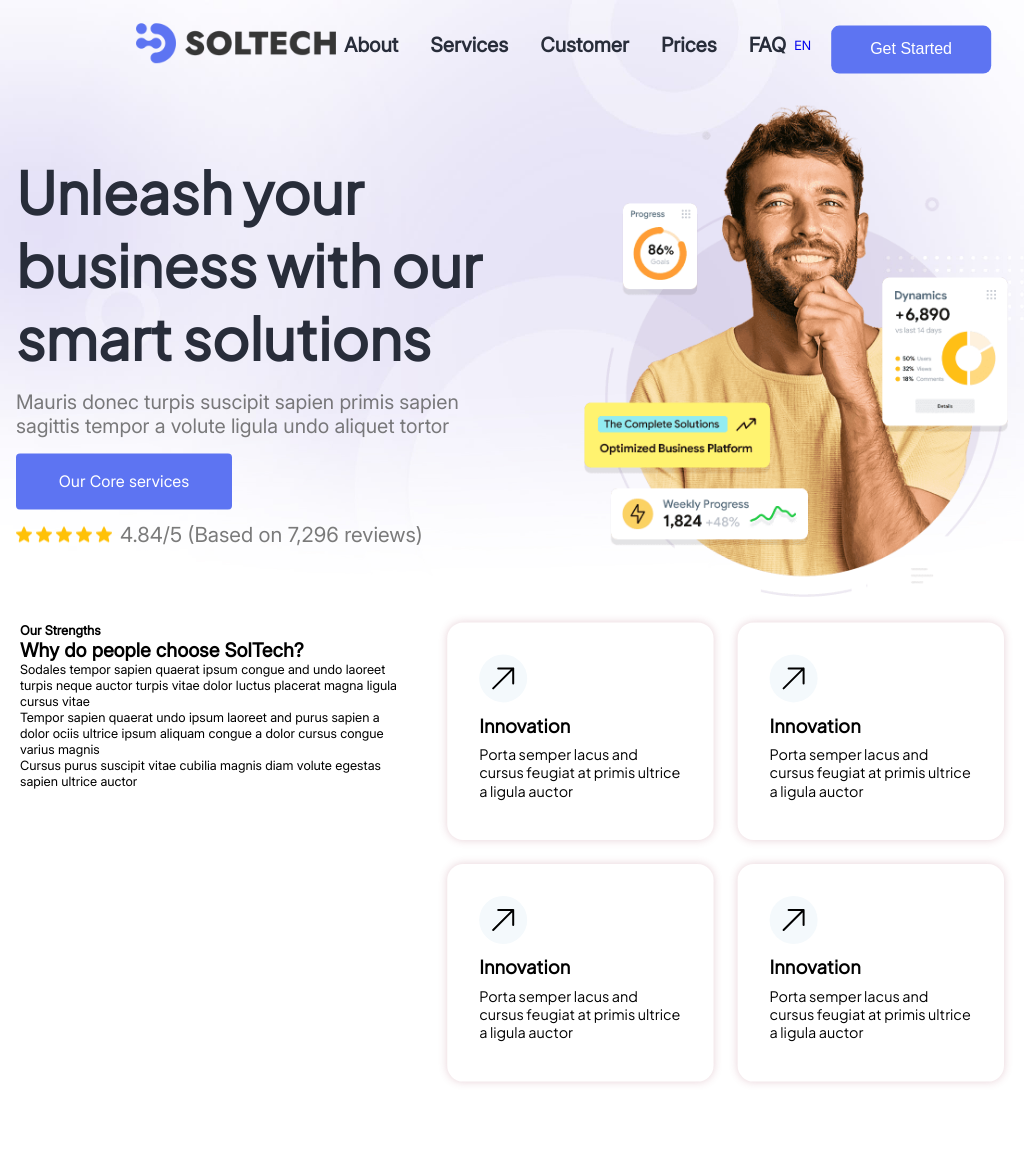
Repository: md-rabbi-hossain/Soltech-html
Page: index.html
An editor plug-in stored every save of this project. The page is shown before and after the next save, followed by the edit.
The browser window is 1280 px wide. The pictures show the whole page, at 80% of full size.

Above is the page before, as saved 2025-01-10 02:16:37.

### index.html
<!DOCTYPE html>
<html lang="en">
  <head>
    <meta charset="UTF-8" />
    <meta name="viewport" content="width=device-width, initial-scale=1.0" />
    <link rel="stylesheet" href="Css/style.css" />
    <title>Soltech</title>
  </head>
  <body>
    <header class="main-container">
      <div class="Hero-parents-container">
        <nav>
          <div class="logo">
            <img src="image/logo-1.png" alt="Logo" />
          </div>
          <ul class="menu">
            <li class="dropdown">
              <a href="#">About</a>
              <ul class="dropdown-menu">
                <li><a href="#">Our Team</a></li>
                <li><a href="#">Our Mission</a></li>
                <li><a href="#">History</a></li>
              </ul>
            </li>
            <li><a href="#">Services</a></li>
            <li><a href="#">Customer</a></li>
            <li><a href="#">Prices</a></li>
            <li><a href="#">FAQ</a></li>
          </ul>
          <div class="actions">
            <div class="dropdown">
              <li><a href="#">EN</a></li>
              <ul class="dropdown-menu">
                <li><a href="#">English</a></li>
                <li><a href="#">Spanish</a></li>
              </ul>
            </div>
            <button class="get-started">Get Started</button>
          </div>
        </nav>
        <!-- Navbar end here  -->
        <!-- hero start here  -->
        <div class="hero-parents container">
          <div class="left-side">
            <div class="content">
              <h1>Unleash your business with our smart solutions</h1>
              <p>
                Mauris donec turpis suscipit sapien primis sapien sagittis
                tempor a volute ligula undo aliquet tortor
              </p>
              <div>
                <button>Our Core services</button>
              </div>
              <div class="text">
                <div class="icon">
                  <img src="image/star.png" alt="" />
                  <img src="image/star.png" alt="" />
                  <img src="image/star.png" alt="" />
                  <img src="image/star.png" alt="" />
                  <img src="image/star.png" alt="" />
                </div>
                <p>4.84/5 (Based on 7,296 reviews)</p>
              </div>
            </div>
          </div>
          <div class="right">
            <img src="/image/hero-right.png" alt="" />
          </div>
        </div>
      </div>
    </header>
    <section class="main-container cta-section">
      <div class="container">
        <div class="introduction-parent">
          <div class="introduction-text">
            <h4>Our Strengths</h4>
            <h2>Why do people choose SolTech?</h2>
            <p>
              Sodales tempor sapien quaerat ipsum congue and undo laoreet turpis
              neque auctor turpis vitae dolor luctus placerat magna ligula
              cursus vitae
            </p>
            <ul>
              <li>
                Tempor sapien quaerat undo ipsum laoreet and purus sapien a
                dolor ociis ultrice ipsum aliquam congue a dolor cursus congue
                varius magnis
              </li>
              <li>
                Cursus purus suscipit vitae cubilia magnis diam volute egestas
                sapien ultrice auctor
              </li>
            </ul>
          </div>
          <div class="box-parent">
            <div class="box">
              <div class="box-inner">
                <svg
                  xmlns="http://www.w3.org/2000/svg"
                  fill="none"
                  viewBox="0 0 24 24"
                  stroke-width="1.5"
                  stroke="currentColor"
                  class="size-6"
                >
                  <path
                    stroke-linecap="round"
                    stroke-linejoin="round"
                    d="m4.5 19.5 15-15m0 0H8.25m11.25 0v11.25"
                  />
                </svg>
                <h3>Innovation</h3>
                <p>
                  Porta semper lacus and cursus feugiat at primis ultrice a
                  ligula auctor
                </p>
              </div>
            </div>
            <div class="box">
              <div class="box-inner">
                <svg
                  xmlns="http://www.w3.org/2000/svg"
                  fill="none"
                  viewBox="0 0 24 24"
                  stroke-width="1.5"
                  stroke="currentColor"
                  class="size-6"
                >
                  <path
                    stroke-linecap="round"
                    stroke-linejoin="round"
                    d="m4.5 19.5 15-15m0 0H8.25m11.25 0v11.25"
                  />
                </svg>
                <h3>Innovation</h3>
                <p>
                  Porta semper lacus and cursus feugiat at primis ultrice a
                  ligula auctor
                </p>
              </div>
            </div>
            <div class="box">
              <div class="box-inner">
                <svg
                  xmlns="http://www.w3.org/2000/svg"
                  fill="none"
                  viewBox="0 0 24 24"
                  stroke-width="1.5"
                  stroke="currentColor"
                  class="size-6"
                >
                  <path
                    stroke-linecap="round"
                    stroke-linejoin="round"
                    d="m4.5 19.5 15-15m0 0H8.25m11.25 0v11.25"
                  />
                </svg>
                <h3>Innovation</h3>
                <p>
                  Porta semper lacus and cursus feugiat at primis ultrice a
                  ligula auctor
                </p>
              </div>
            </div>
            <div class="box">
              <div class="box-inner">
                <svg
                  xmlns="http://www.w3.org/2000/svg"
                  fill="none"
                  viewBox="0 0 24 24"
                  stroke-width="1.5"
                  stroke="currentColor"
                  class="size-6"
                >
                  <path
                    stroke-linecap="round"
                    stroke-linejoin="round"
                    d="m4.5 19.5 15-15m0 0H8.25m11.25 0v11.25"
                  />
                </svg>
                <h3>Innovation</h3>
                <p>
                  Porta semper lacus and cursus feugiat at primis ultrice a
                  ligula auctor
                </p>
              </div>
            </div>
          </div>
        </div>
      </div>
    </section>
    <script src="/Js/Script.js"></script>
  </body>
</html>

### Css/style.css
* {
  margin: 0;
  padding: 0;
  box-sizing: border-box;
}
html {
  scroll-behavior: smooth;
}
@font-face {
  font-family: Inter;
  src: url("/Font/Inter_24pt-Regular.ttf") format("woff2");
  src: url("/Font/Inter_24pt-Regular.ttf") format("woff");
  src: url("/Font/Inter_24pt-Regular.ttf") format("truetype");
  font-weight: normal;
  font-style: normal;
}
@font-face {
  font-family: Jakarta;
  src: url("/Font/PlusJakartaSans-Regular.ttf") format("woff2");
  src: url("/Font/PlusJakartaSans-Regular.ttf") format("woff");
  src: url("/Font/PlusJakartaSans-Regular.ttf") format("truetype");
  font-weight: normal;
  font-style: normal;
}
body {
  font-family: Inter;
}
li {
  list-style: none;
}
li a {
  text-decoration: none;
}
.main-container {
  max-width: 100%;
}

.container {
  max-width: 1400px;
  display: block;
  margin: 0 auto;
  padding: 25px;
}
h1 h2 h3 h5 h5 {
  font-family: Jakarta;
}
nav {
  display: flex;
  justify-content: space-between;
  align-items: center;
  padding-left: 170px;
  padding-right: 150px;
  padding-top: 20px;
  padding-bottom: 20px;
  position: relative;
  transition: all 0.3s ease;
  z-index: 1000;
}
nav.sticky {
  background-color: rgba(253, 253, 254, 0.8);
  position: sticky;
  top: 0;
  padding-bottom: 20px;
  box-shadow: 0 4px 6px rgba(0, 0, 0, 0.1);
}
.logo img {
  max-height: 50px;
}
.menu {
  display: flex;
  list-style: none;
  gap: 20px;
}
.menu li {
  position: relative;
}
.menu a {
  text-decoration: none;
  font-size: 25px;
  color: #282d3a;
  font-weight: bold;
  padding: 5px 10px;
}
/* Dropdown Styles */
.dropdown:hover .dropdown-menu {
  display: block;
}
.dropdown-menu {
  display: none;
  position: absolute;
  background: #fff;
  box-shadow: 0 4px 6px rgba(0, 0, 0, 0.1);
  border-radius: 5px;
  margin-top: 10px;
  list-style: none;
  padding: 10px 0;
}
.dropdown-menu li {
  padding: 5px 20px;
}
.dropdown-menu li a {
  color: #282d3a;
}
.dropdown-menu li:hover {
  background: #f1f1f1;
}
.actions {
  display: flex;
  align-items: center;
  gap: 20px;
}
.get-started {
  background: #5d74f2;
  color: #fff;
  font-size: 20px;
  line-height: 28px;
  padding: 6px 22px 8px;
  margin: 12px 5px 0;
  border: none;
  border-radius: 10px;
  width: 200px;
  height: 60px;
  cursor: pointer;
  transition: 0.5s;
}
.get-started:hover {
  background: #f2f0fb;
  border: 1px solid black;
  color: #585f6e;
}

/*  Hero Section Styles Here */
.Hero-parents-container {
  max-width: 100%;
  height: 100vh;
  background-image: url("/image/hero-1.jpg");
  background-size: cover;
  background-repeat: no-repeat;
}
.hero-parents {
  display: flex;
  justify-content: space-between;
  align-items: center;
  gap: 20px;
  padding: 20px;
}

.left-side {
  flex: 1;
}
.left-side h1 {
  font-size: 4.5rem;
  color: #282d3a;
  margin-bottom: 20px;
  font-family: Jakarta;
}
.left-side p {
  font-size: 25px;
  width: 560px;
  color: #5a5a5a; /* Subtle color for the paragraph text */
  margin-bottom: 20px;
  opacity: 0.8;
}

.left-side button {
  background: #5d74f2;
  color: white;
  font-size: 20px;
  padding: 10px 20px;
  border: none;
  border-radius: 5px;
  cursor: pointer;
  width: 270px;
  font-family: Inter;
  height: 70px;
}

.left-side button:hover {
  background: #4b62d8;
}
.icon img {
  width: 20px;
}

.text {
  display: flex;
  align-items: center;
  gap: 10px;
  padding-top: 15px;
}
.icon {
  display: flex;
  gap: 5px;
}

.icon img {
  width: 20px;
  height: 20px;
}

.text p {
  margin: 0;
  font-size: 26px;
}

/* Right Side */
.right {
  flex: 1;
  display: flex;
  justify-content: center;
  align-items: center;
}

.right img {
  max-width: 100%;
  height: auto;
  object-fit: contain;
}
section.main-container.cta-section {
  height: 100vh;
  display: flex;
  align-items: center;
}

.introduction-parent {
  display: flex;
  justify-content: space-between;
}

.introduction-text {
  width: 40%;
  margin-right: 50px;
}
.box-parent {
  display: flex;
  flex-wrap: wrap;
  width: 60%;
  margin-left: -15px;
  margin-right: -15px;
}
.box {
  width: 50%;
  padding-left: 15px;
  padding-right: 15px;
  padding-bottom: 30px;
}
.box-inner {
  box-shadow: 0 0 10px #99334d3b;
  padding: 40px;
  border-radius: 20px;
}
.box-inner h3 {
  font-family: Jakarta;
  font-size: 23px;
  margin-bottom: 10px;
}
.box-inner p {
  font-family: Jakarta;
  font-size: 18px;
  margin-bottom: 10px;
}
.box-inner svg {
  width: 60px;
  height: 60px;
  background: #f4f9fc;
  padding: 10px;
  margin-bottom: 10px;
  border-radius: 50%;
}

### Js/Script.js
window.onscroll = function () {
  let navbar = document.querySelector("nav");
  if (window.pageYOffset > 0) {
    navbar.classList.add("sticky");
  } else {
    navbar.classList.remove("sticky");
  }
};

After the next save:
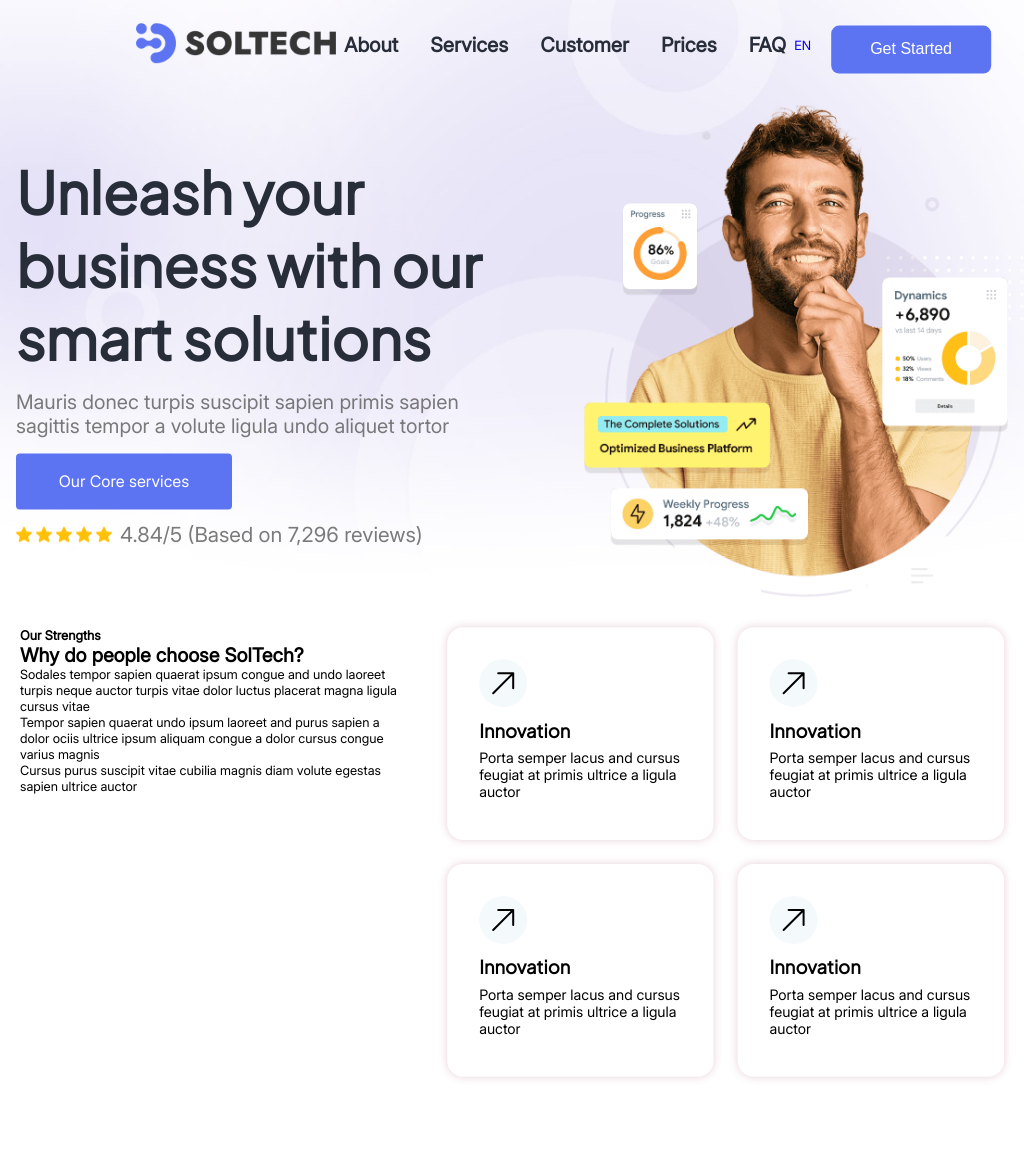
Saved 22 s later.
--- a/Css/style.css
+++ b/Css/style.css
@@ -255,7 +255,7 @@ section.main-container.cta-section {
   margin-bottom: 10px;
 }
 .box-inner p {
-  font-family: Jakarta;
+  font-family: Inter;
   font-size: 18px;
   margin-bottom: 10px;
 }
